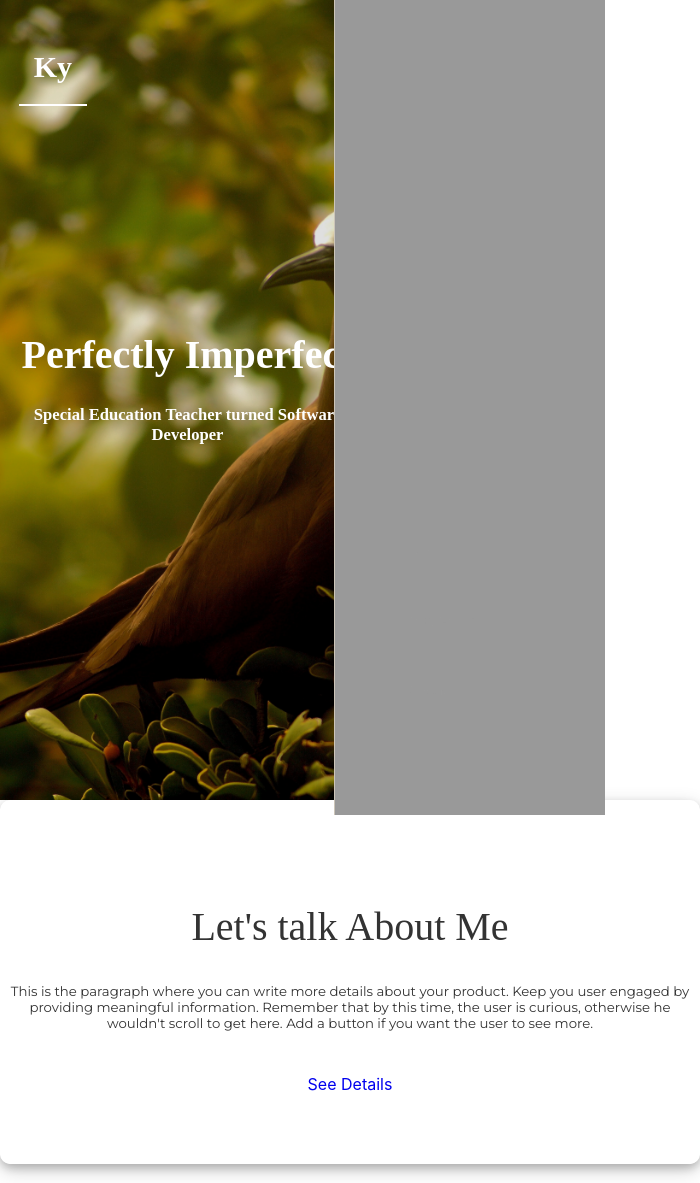
Repository: kkyler24/Perfectly-Imperfect
Page: / (app in imperfect/)
An editor plug-in stored every save of this project. The page is shown before and after the next save, followed by the edit.
The browser window is 375 px wide. The page is 700 px wide, so the pictures cover 700 px, including what lies to the right of the window. The pictures show the whole page.
Backgrounds fixed to the window are drawn as part of the page. Some web fonts or font styles are not loaded; a fallback is used. The project was rebuilt for these pictures with package versions that can differ from the ones it lists, and the page was loaded fresh each time.

Above is the page before, as saved 2020-08-06 11:52:41.

### imperfect/public/index.html
<!DOCTYPE html>
<html lang="en">
  <head>
    <meta charset="utf-8" />
    <link rel="icon" href="%PUBLIC_URL%/favicon.ico" />
    <meta name="viewport" content="width=device-width, initial-scale=1" />
    <meta name="theme-color" content="#000000" />
    <meta
      name="description"
      content="Web site created using create-react-app"
    />
    <link rel="apple-touch-icon" href="%PUBLIC_URL%/logo192.png" />

    <link rel="manifest" href="%PUBLIC_URL%/manifest.json" />

    <link
      href="https://fonts.googleapis.com/css2?family=Montserrat&family=Petit+Formal+Script&display=swap"
      rel="stylesheet"
    />

    <title>React App</title>
  </head>
  <body>
    <noscript>You need to enable JavaScript to run this app.</noscript>
    <div id="root"></div>
  </body>
</html>

### imperfect/src/App.js
import React from "react";
import logo from "./logo.svg";
import "./App.css";
import Nav from "./Components/navbarComponent/navbar.js";
import PGHeader from "./Components/Headerindex/header.js";
import AboutMe from "./Components/aboutMeIndex/aboutme.js";

function App() {
  return (
    <div className="App">
      <Nav />
      <PGHeader />
      <AboutMe />
    </div>
  );
}

export default App;

### imperfect/src/App.css
body {
  color: #66615b;
  font-size: 16px;
  box-sizing: border-box;
  display: block;
}

### imperfect/src/Components/navbarComponent/navbar.js
import React from "react";
import "./navbar.css";

function NavBar() {
  return (
    <div>
      <nav
        color-on-scroll="300"
        class="fixed-top navbar-transparent navbar navbar-expand-lg"
      >
        <div class="container-fluid">
          <div class="navbar-translate">
            <a
              id="Kytitle"
              data-placement="bottom"
              target="_blank"
              title="Coded by Creative Tim"
              class="navbar-brand"
              href="#/index"
            >
              Ky
            </a>
            <button aria-expanded="false" class="navbar-toggler navbar-toggler">
              <span class="navbar-toggler-bar bar1"></span>
              <span class="navbar-toggler-bar bar2"></span>
              <span class="navbar-toggler-bar bar3"></span>
            </button>
          </div>
          <div class="justify-content-end collapse navbar-collapse">
            <ul class="navbar-nav">
              <li class="nav-item">
                <a
                  data-placement="bottom"
                  href="https://www.linkedIn"
                  target="_blank"
                  title="Let's connect on LinkedIn"
                  class="nav-link"
                >
                  {/* <i class="fa fa-linkedIn"></i> */}
                </a>
              </li>
              <li class="nav-item">
                <a
                  data-placement="bottom"
                  href="https://www.linkedIn"
                  target="_blank"
                  title="Let's connect on LinkedIn"
                  class="nav-link"
                >
                  {/* <i class="fa fa-linkedIn"></i> */}
                </a>
              </li>
              <li class="nav-item">
                <a
                  data-placement="bottom"
                  href="https://twitter.com/CreativeTim?ref=creativetim"
                  target="_blank"
                  title="Follow us on Twitter"
                  class="nav-link"
                >
                  {/* <i class="fa fa-twitter"></i> */}
                  <p class="d-lg-none"></p>
                </a>
                <li class="nav-item mr-2rem">
                  <a
                    data-placement="bottom"
                    href="https://www.github.com/CreativeTimOfficial?ref=creativetim"
                    target="_blank"
                    title="Star on GitHub"
                    class="nav-link"
                  >
                    {/* <i class="fa fa-github"></i> */}
                    <p class="d-lg-none"></p>
                  </a>
                </li>
              </li>
              <li class="nav-item">
                <a class="nav-link" href="#/index">
                  <i class="nc-icon nc-layout-11"></i> Home
                </a>
              </li>
              <li class="nav-item">
                <a class="nav-link" href="#/index">
                  <i class="nc-icon nc-layout-11"></i> Portfolio
                </a>
              </li>
              <li class="nav-item">
                <a target="_blank" class="nav-link" href="#/documentation">
                  <i class="nc-icon nc-book-bookmark"></i> Resume
                </a>
              </li>

              <li class="nav-item">
                <a
                  data-placement="bottom"
                  href="https://www.github.com/CreativeTimOfficial?ref=creativetim"
                  target="_blank"
                  title="Star on GitHub"
                  class="nav-link"
                >
                  {/* <i class="fa fa-github"></i> */}
                  <p class="d-lg-none"></p>
                </a>
              </li>
            </ul>
          </div>
        </div>
      </nav>
    </div>
  );
}
export default NavBar;

### imperfect/src/Components/Headerindex/header.js
import React from "react";
import "./Indexheader.css";

function PageHeader(props) {
  return (
    <div id="background" className="page-header" data-parallax="true">
      <div className="filter"></div>
      <div className="headerContainer">
        <div className="motto text-center">
          <h1 id="JumboHeaderTitle">Perfectly Imperfect</h1>
          <h5>Special Education Teacher turned Software Developer</h5>
          <br />
        </div>
      </div>
    </div>
  );
}
export default PageHeader;

### imperfect/src/Components/aboutMeIndex/aboutme.js
import React from "react";
import "./aboutme.css";

function Aboutme() {
  return (
    <div className=" card aboutMain">
      <div className="sectionAB text-center">
        <div className="ABcontainer">
          <div class="row">
            <div class="ml-auto mr-auto col-md-8">
              <h2 class="titleAB">Let's talk About Me</h2>
              <h5 class="descriptionAB">
                This is the paragraph where you can write more details about
                your product. Keep you user engaged by providing meaningful
                information. Remember that by this time, the user is curious,
                otherwise he wouldn't scroll to get here. Add a button if you
                want the user to see more.
              </h5>
              <br />
              <a href="#pablo" class="btn-round btn btn-info">
                See Details
              </a>
            </div>
          </div>
        </div>
      </div>
    </div>
  );
}
export default Aboutme;

### imperfect/src/Components/navbarComponent/navbar.css
/* navbar */
#Kytitle {
  font-family: "Petit Formal Script", cursive;
  font-size: 30px;
  color: #fff;
  border-bottom: solid 2px rgb(255, 255, 255);
  text-transform: capitalize;
}

.navbar.navbar-transparent {
  background: transparent !important;
  padding-top: 25px;
  box-shadow: none;
}

.navbar.navbar-transparent .navbar-brand {
  color: rgb(20, 3, 3);
}

.navbar .navbar-brand {
  font-weight: 600;
  margin: 5px 0;
  padding: 20px 15px;
  font-size: 14px;
  text-transform: uppercase;
}

.navbar-nav {
  display: flex;
  flex-direction: column;
  padding-left: 0;
  margin-bottom: 0;
  list-style: none;
}
.navbar-brand {
  display: inline-block;
  padding-top: 0.3125rem;
  padding-bottom: 0.3125rem;
  margin-right: 1rem;
  font-size: 1.25rem;
  line-height: inherit;
  white-space: nowrap;
}

.navbar {
  border: 0;
  font-size: 14px;
  padding: 0;
  font-family: "Montserrat", "Helvetica", Arial, sans-serif;
  font-weight: 300;
  align-items: center;
  display: flex;
}
.navbar > .container-fluid {
  display: flex;
  flex-wrap: wrap;
  align-items: center;
  justify-content: space-between;
}

.nav-link {
  display: block;
}

.navbar-toggler {
  padding: 0.25rem 0.75rem;
  font-size: 1.25rem;
  line-height: 1;
  background-color: transparent;
  border: 1px solid transparent;
  border-radius: 0.25rem;
}
button {
  text-transform: none;
  overflow: visible;
  -webkit-font-smoothing: antialiased;
  font-family: "Montserrat", "Helvetica", Arial, sans-serif;
  font-weight: 300;
  margin: 0;
  text-rendering: auto;
  color: -internal-light-dark(buttontext, rgb(170, 170, 170));
  letter-spacing: normal;
  word-spacing: normal;
  text-indent: 0px;
  text-shadow: none;
  display: inline-block;
  text-align: center;
  align-items: flex-start;
  font: 400 13.3333px Arial;
}
.navbar .navbar-toggler .navbar-toggler-bar {
  display: block;
  position: relative;
  width: 24px;
  height: 2px;
  border-radius: 1px;
  margin: 0 auto;
}

.navbar.navbar-transparent .navbar-toggler .navbar-toggler-bar {
  background: #fff !important;
}

.navbar-transparent .navbar-nav .nav-item .nav-link:not(.btn) {
  color: #fff;
  border-color: #fff;
}

.navbar .navbar-toggler .navbar-toggler-bar + .navbar-toggler-bar {
  margin-top: 4px;
}

.navbar .navbar-nav .nav-item .nav-link {
  line-height: 1.6;
  margin: 15px 3px;
  padding: 10px 15px;
  opacity: 0.8;
  font-size: 12px;
  text-transform: uppercase;
  font-weight: 600;
}

.navbar .navbar-nav .nav-item .nav-link p {
  margin: 0;
  text-transform: uppercase;
  font-weight: 600;
  font-size: 12px;
  line-height: 1.5em;
  padding: 15px 0;
}

button:not(:disabled) {
  cursor: pointer;
}

.container-fluid {
  width: 100%;
  padding-right: 15px;
  padding-left: 15px;
  margin-right: 0%;
  margin-left: 5%;
}

.fixed-top {
  position: fixed;
  right: 0;
  left: 0;
  z-index: 1030;
  /* not needed for fixed bottom */
  top: 0;
}

a {
  text-decoration: none;
  background-color: transparent;
}

.collapse:not(.show) {
  display: none;
}

.justify-content-end,
ul {
  justify-content: flex-end !important;
}

.navbar-collapse {
  flex-basis: 100%;
  flex-grow: 1;
  align-items: center;
}

ul {
  margin-top: 0;
}

.navbar .navbar-nav .nav-item .nav-link [class^="fa"] {
  font-size: 17px;
  position: relative;
  right: 5px;
}
.fa {
  width: 18px;
  text-align: center;
}
.fa {
  display: inline-block;
  font: normal normal normal 14px/1 FontAwesome;
  text-rendering: auto;
  -webkit-font-smoothing: antialiased;
}

.nc-icon {
  display: inline-block;
  font: normal normal normal 14px/1 "nucleo-icons";
  font-size: inherit;
  text-transform: none;
  -webkit-font-smoothing: antialiased;
}

.nc-layout-11:before {
  content: "\ea36";
}

.nc-book-bookmark:before {
  content: "\ea0f";
}

.fa-github:before {
  content: "\f09b";
}

:before {
  box-sizing: border-box;
}

.navbar .navbar-collapse .nav-item .nav-link p {
  display: inline;
}

/* media Q navbar */
@media (min-width: 992px) {
  .navbar-expand-lg {
    flex-flow: row nowrap;
    justify-content: flex-start;
  }
  .navbar {
    justify-content: space-between;
  }
}
/* Li */
@media (min-width: 992px) {
  .navbar-expand-lg .navbar-nav {
    flex-direction: row;
  }
}
@media screen and (max-width: 991px) {
  .navbar-collapse ul {
    position: relative;
    z-index: 3;
    height: 95%;
  }
}

@media screen and (max-width: 991px) {
  .navbar-collapse .navbar-nav > .nav-item > .nav-link {
    color: #9a9a9a !important;
  }
}

@media screen and (max-width: 991px) {
  .navbar-collapse {
    position: fixed;
    display: block !important;
    top: 0;
    width: 230px;
    right: 0;
    z-index: 1032;
    visibility: visible;
    background-color: #999;
    overflow-y: visible;
    border-top: none;
    text-align: left;
    border-left: 1px solid #ccc5b9;
    padding-right: 0;
    padding-left: 40px;
    padding-top: 15px;
    transform: translateX(230px);
    transition: all 0.33s cubic-bezier(0.685, 0.0473, 0.346, 1);
  }
}

@media (max-width: 991.98px) {
  .navbar-expand-lg > .container-fluid {
    padding-right: 0;
    padding-left: 0;
  }
}

@media (min-width: 768px) {
  .container-fluid {
    max-width: 720px;
  }
}

@media (min-width: 992px) {
  .container-fluid {
    max-width: 100%;
  }
}

@media screen and (max-width: 991px) {
  .navbar-translate {
    width: 100%;
    position: relative;
    display: flex;
    justify-content: space-between !important;
    align-items: center;
    transform: translateX(0);
    transition: all 0.33s cubic-bezier(0.685, 0.0473, 0.346, 1);
  }
}

@media (min-width: 992px) {
  .navbar-expand-lg .navbar-toggler {
    display: none;
  }
}

@media screen and (max-width: 991px) {
  .navbar-collapse {
    height: 100% !important;
  }
}

@media (min-width: 992px) {
  .navbar-expand-lg .navbar-collapse {
    display: flex !important;
    flex-basis: auto;
  }
}
/*
@media (min-width: 576px) {
  .container-fluid {
    max-width: 540px;
  }
} */

@media (min-width: 992px) {
  .navbar-expand-lg > .container-fluid {
    flex-wrap: nowrap;
  }
}

### imperfect/src/Components/Headerindex/Indexheader.css
#background {
  background-image: url("../../Assets/imgs/brownnoodyGreatbirdisland.jpg");
  background-attachment: fixed;
  background-repeat: no-repeat;
  background-size: cover;
  height: 700px;
}

.page-header {
  background-position: 50%;
  background-size: cover;
  min-height: 100vh;
  max-height: 999px;
  overflow: hidden;
  position: relative;
  width: 100%;
  z-index: 1;
  display: flex;
  align-items: center;
  justify-content: center;
}

.page-header .filter:after {
  background-color: rgba(0, 0, 0, 0.125);
  content: "";
  display: block;
  height: 100%;
  left: 0;
  top: 0;
  position: absolute;
  width: 100%;
  z-index: 1;
}

.page-header .motto {
  z-index: 3;
  color: #fff;
  position: relative;
  width: max-content;
}

.headerContainer {
  font-family: "Petit Formal Script", cursive;
  display: inline-flex;
  width: 100%;
  /* font-weight: 200; */
  padding-right: 15px;
  padding-left: 15px;
  margin-right: auto;
  margin-left: auto;
  font-size: 50px;
  max-width: 700px !important;
}

.text-center {
  text-align: center !important;
}
div {
  display: block;
}

h1 {
  display: block;
  font-size: 2em;
  margin-block-start: 0.67em;
  margin-block-end: 0.67em;
  margin-inline-start: 0px;
  margin-inline-end: 0px;
  font-weight: bold;
}

/* media Q */
@media (min-width: 992px) {
  .headerContainer {
    max-width: 960px;
  }
}

@media (min-width: 768px) {
  .headerContainer {
    max-width: 720px;
  }
}

@media (min-width: 576px) {
  .headerContainer {
    max-width: 540px;
    font-size: 25px;
  }
}

@media (max-width: 576px) {
  .headerContainer {
    display: flex;
    flex-wrap: wrap;
    max-width: 540px !important;
    font-size: 20px;
    text-align: center;
  }
}

### imperfect/src/Components/aboutMeIndex/aboutme.css
.aboutMain .section:first-of-type {
  position: relative;
  z-index: 3;
  position: relative;
  background: #ffffff;
  margin: -60px 30px 0px;
  box-shadow: 0 16px 24px 2px rgba(0, 0, 0, 0.14),
    0 6px 30px 5px rgba(0, 0, 0, 0.12), 0 8px 10px -5px rgba(0, 0, 0, 0.2);
  border-radius: 6px;
  padding: 70px 0;
}

.card,
.aboutMain {
  width: 700px;
  border-radius: 12px;
  box-shadow: 0 4px 8px 0 rgba(0, 0, 0, 0.2), 0 6px 20px 0 rgba(0, 0, 0, 0.19);
  text-align: center;
  background-color: #fff;
  color: #333;
  margin-bottom: 20px;
  position: relative;
  z-index: 3;
  border: 0;
  transition: transform 0.3s cubic-bezier(0.34, 2, 0.6, 1), box-shadow 0.2s ease;
  display: flex;
  flex-direction: column;
  min-width: 0;
  background-clip: border-box;
  /* border: 1px solid rgba(0, 0, 0, 0.25); */
  /* border-radius: 20px; */
  margin-left: auto;
  margin-right: auto;
}

.sectionAB {
  padding: 70px 0;
  background-color: #fff;
  border-radius: 10px;
}

.text-center {
  text-align: center !important;
}

.titleAB {
  font-family: "Petit Formal Script", cursive;
  font-weight: lighter;
  font-size: 40px;
}

.descriptionAB {
  font-family: "Montserrat", sans-serif;
  font-weight: lighter;
}

.ABcontainer {
  width: 100%;
  margin-right: auto;
  margin-left: auto;
}

row {
  display: flex;
  flex-wrap: wrap;
  margin-right: -15px;
  margin-left: -15px;
}

@media (min-width: 768px) {
  .ABcontainer {
    max-width: 720px;
  }
}

@media (max-width: 992px) {
  .sectionAB {
    max-width: 700px;
  }
}

@media (min-width: 992px) {
  .sectionAB,
  .aboutMain {
    width: 1000px;
  }
}

Loaded but not shown: imperfect/src/index.js (common file); imperfect/src/index.css (common file); imperfect/src/serviceWorker.js (common file)

After the next save:
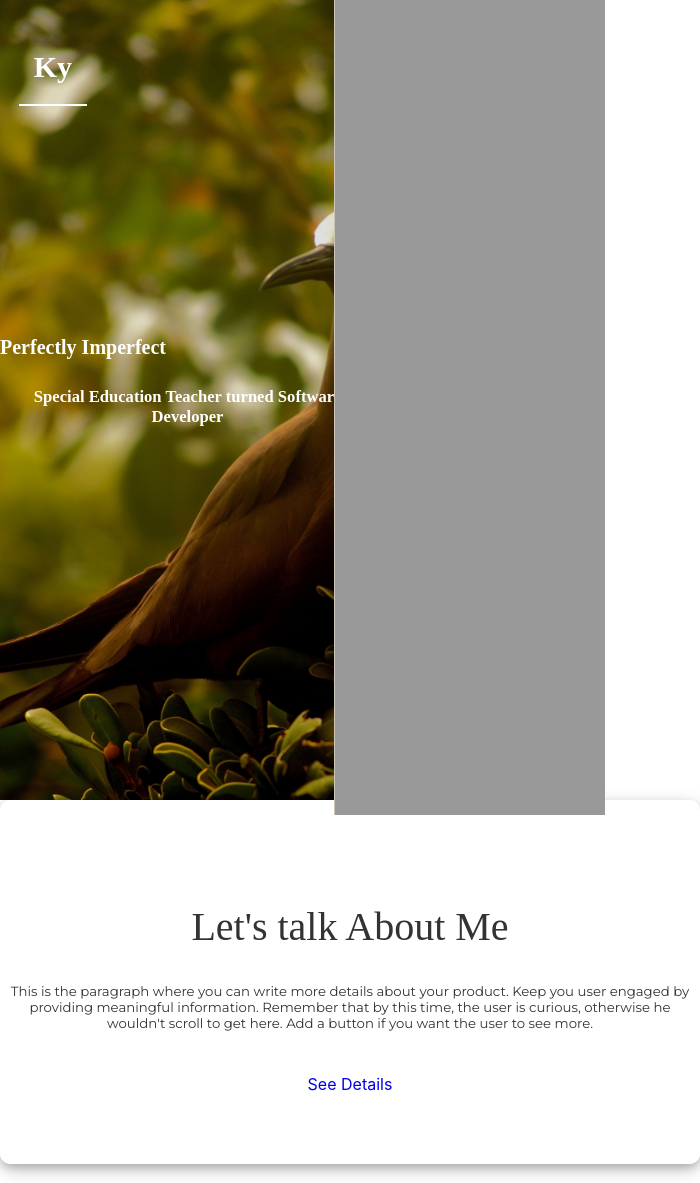
Saved 4 min 43 s later.
--- a/imperfect/src/Components/Headerindex/Indexheader.css
+++ b/imperfect/src/Components/Headerindex/Indexheader.css
@@ -68,6 +68,13 @@ h1 {
   margin-inline-end: 0px;
   font-weight: bold;
 }
+@media (max-width: 570px) and (min-width: 270px) {
+  #JumboHeaderTitle {
+    font-size: 20px;
+    display: flex;
+    flex-wrap: wrap;
+  }
+}
 
 /* media Q */
 @media (min-width: 992px) {
